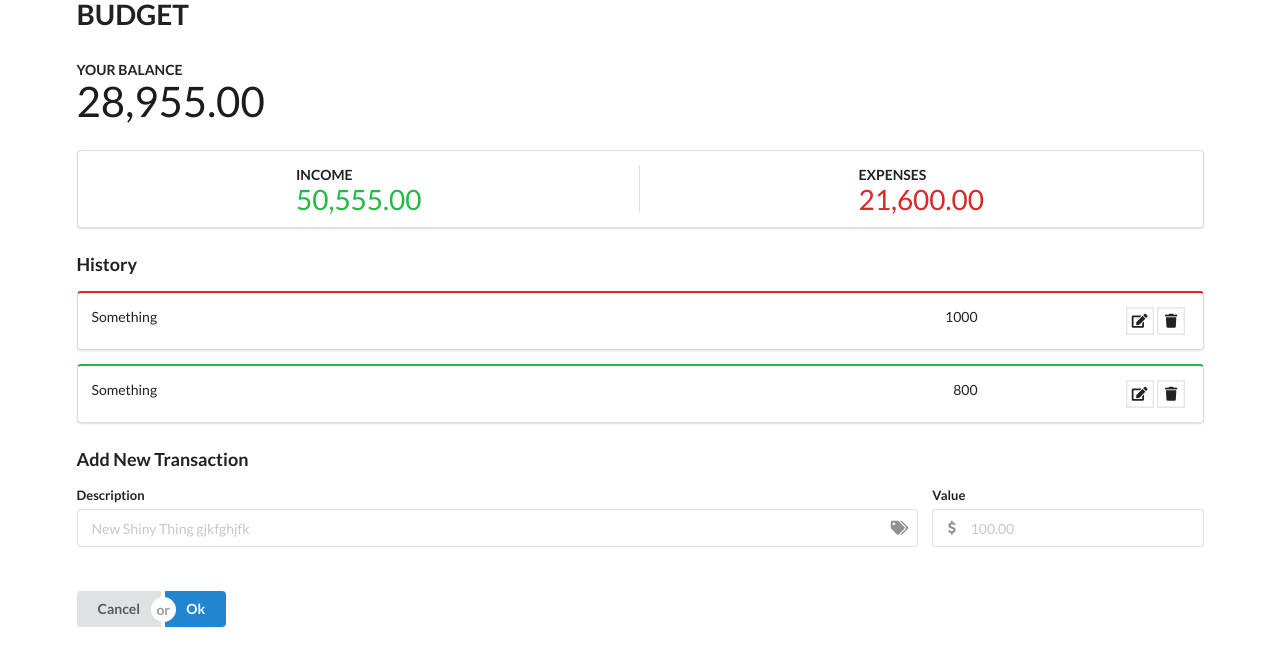
Repository: farrdy/budgets-react
Page: /
These files come from the project's save history. The page is drawn as it stood at one moment and after the next save; the edit follows.
The browser window is 1280 px wide. The pictures show the whole page.
The project was rebuilt for these pictures with package versions that can differ from the ones it lists, and the page was loaded fresh each time.

Above is the page before, as saved 2022-03-19 07:44:50.

After the next save:
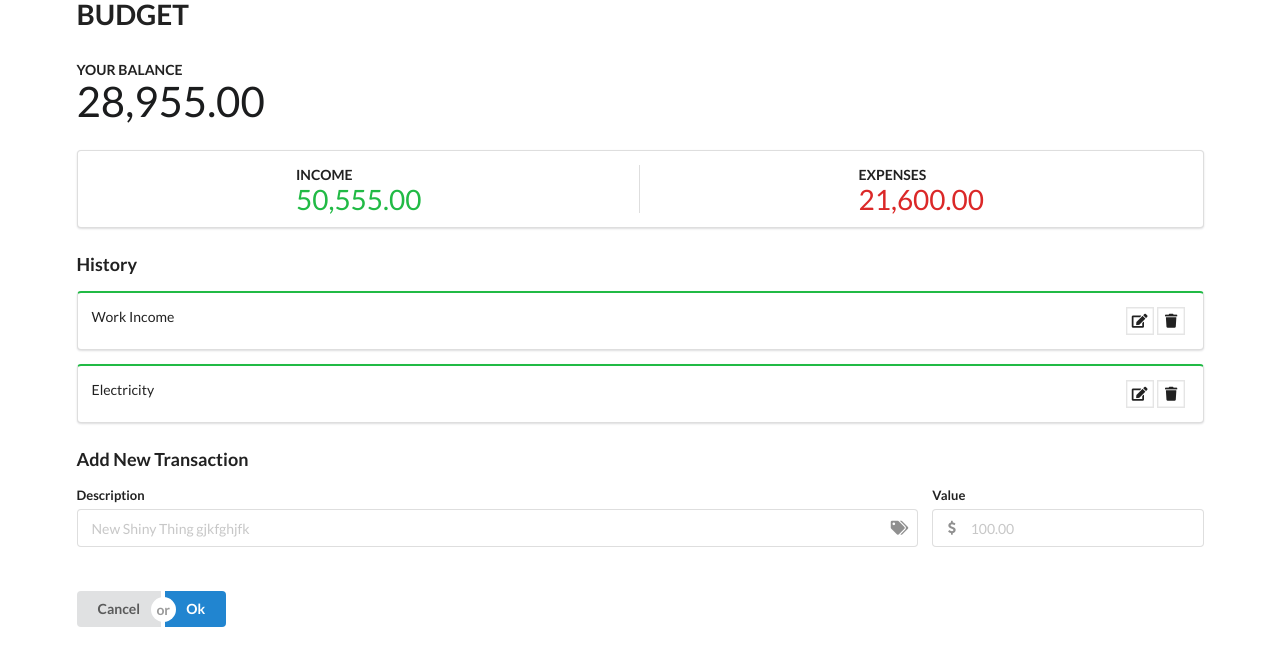
Saved 6 min 13 s later.
--- a/src/App.js
+++ b/src/App.js
@@ -8,15 +8,15 @@ import { useState } from 'react';
 
 function App() {
 
- const [entries,setEntries]=useState(initialEntries)
+ const [entries, setEntries]=useState(initialEntries)
   return (
     <Container>
       <MainHeader />
       <DisplayBalance title="Your Balance" Value="28,955.00" Color="black" size="small" />
       <DisplayBalances/>
       <Header as='h3'>History</Header>
-      <EntryLine Description="Something" Value='1000' isExpense='false'/>
-      <EntryLine Description="Something" Value='800'/>
+      <EntryLine Description={entries[0].Description} Value={entries[0].value} isExpense={entries[0].isExpense}/>
+      <EntryLine Description={entries[1].Description} Value={entries[1].value}/>
       <Header as='h3'>
         Add New Transaction
       </Header>
